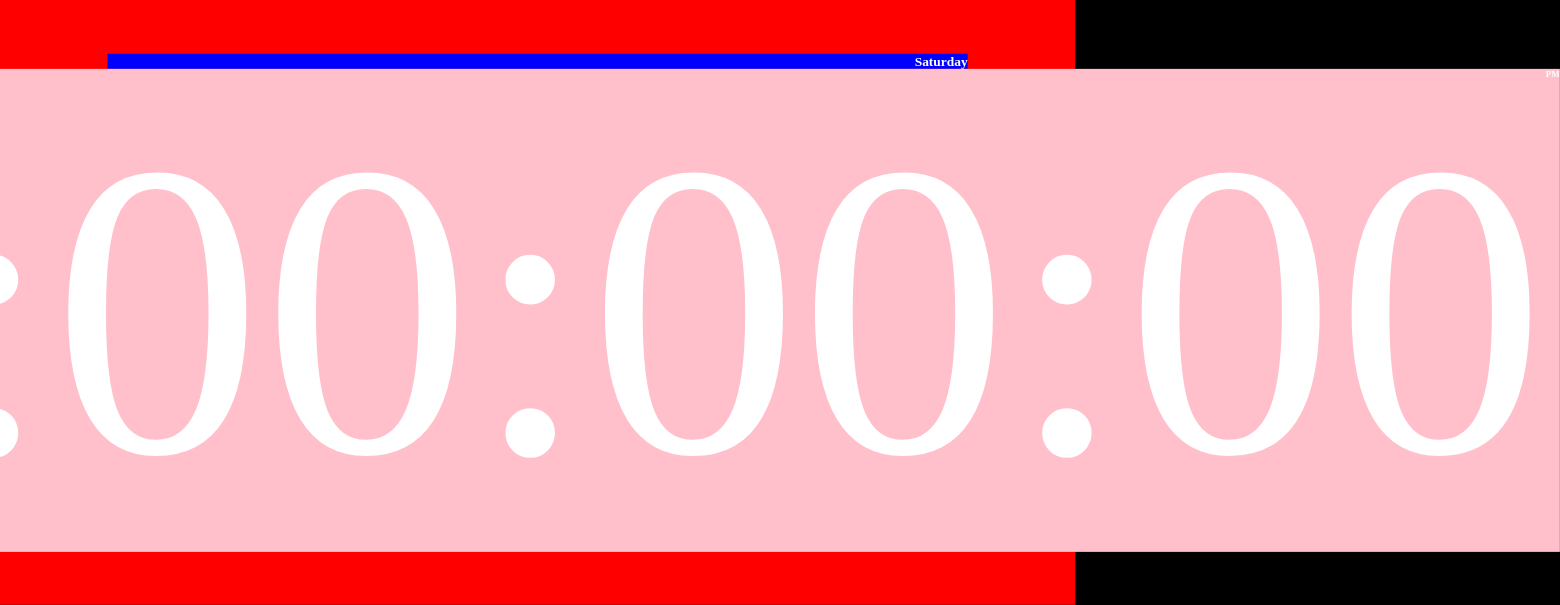
Repository: EguJaredoBoyd/Jared-Digital-Clock
Page: index.html
The author's editor kept a copy of each file at every save. The page is drawn from the files as they stood at one save, then again after the next save.
The browser window is 1280 px wide. The page is 1857 px wide, then 1280 px, so the pictures cover 1857 px, including what lies to the right of the window. The pictures show the whole page, at 84% of full size.

Above is the page before, as saved 2026-01-03 23:06:57.

After the next save:
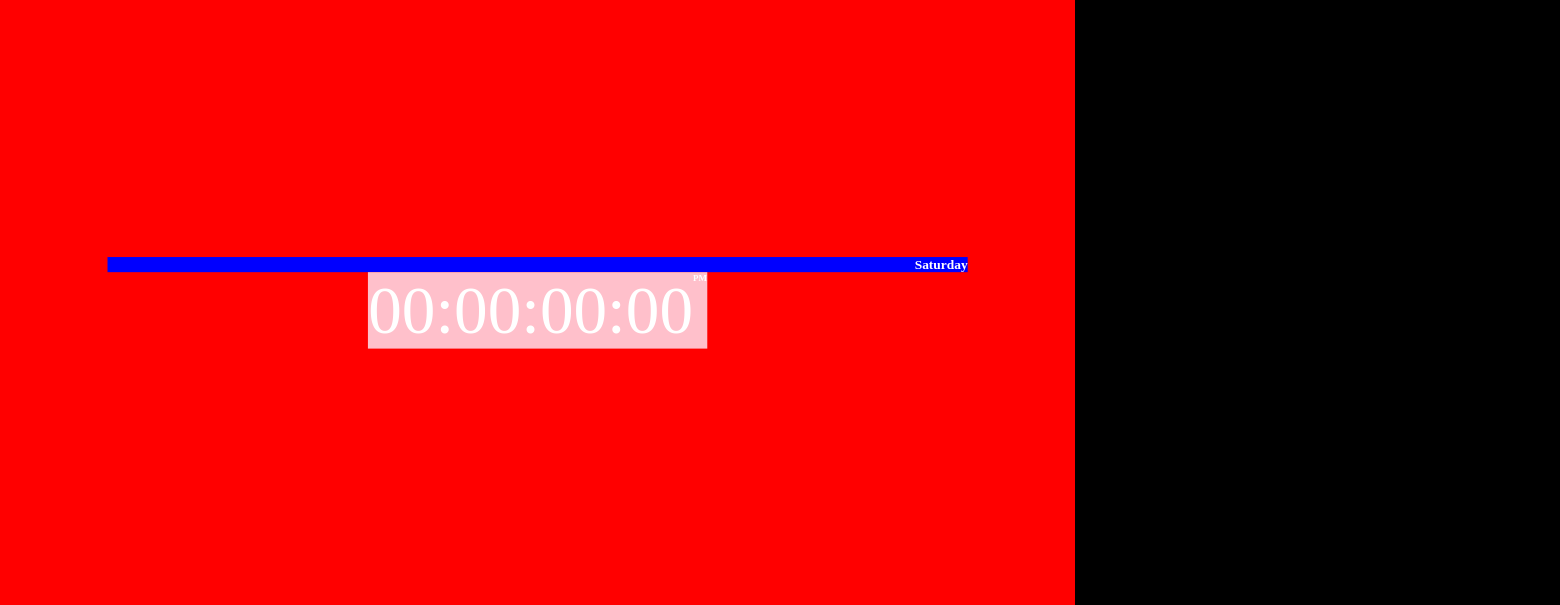
Saved 8 s later.
--- a/css/styles.css
+++ b/css/styles.css
@@ -31,5 +31,5 @@ body {
 }
 
 .watch-container__time p {
-  font-size: 500px;
+  font-size: 5rem;
 }
